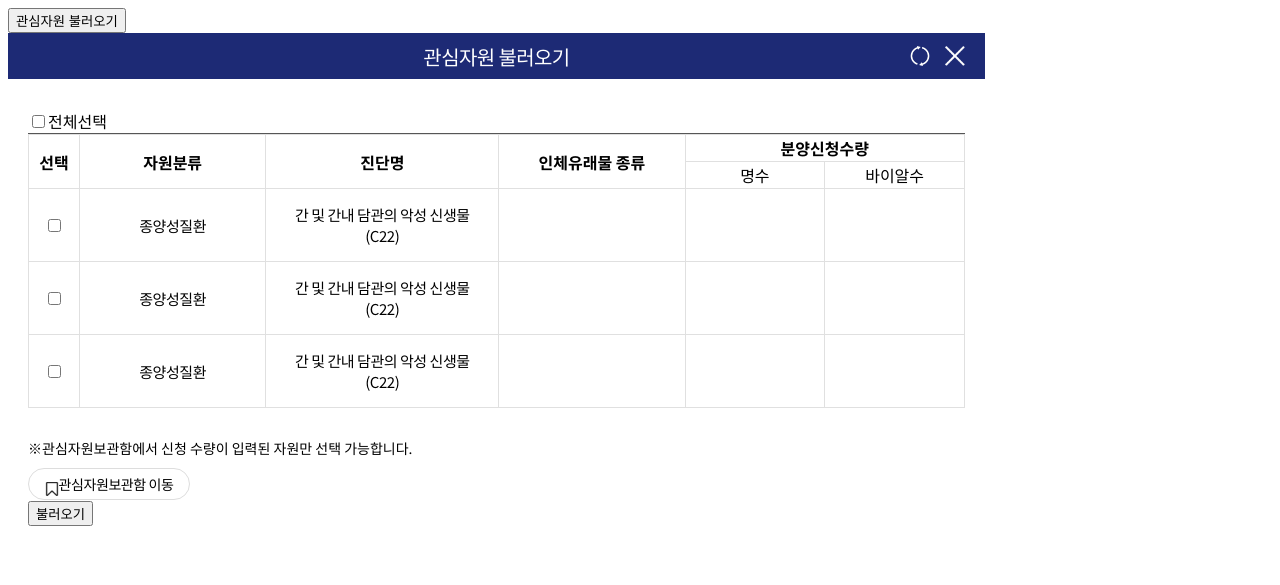
Repository: dlgywls1130/one_popup
Page: index.html
These files come from the project's save history. The page is drawn as it stood at one moment and after the next save; the edit follows.
The browser window is 1280 px wide. The pictures show the whole page.
Some web fonts or font styles are not loaded; a fallback is used.

Above is the page before, as saved 2023-10-25 22:20:25.

After the next save:
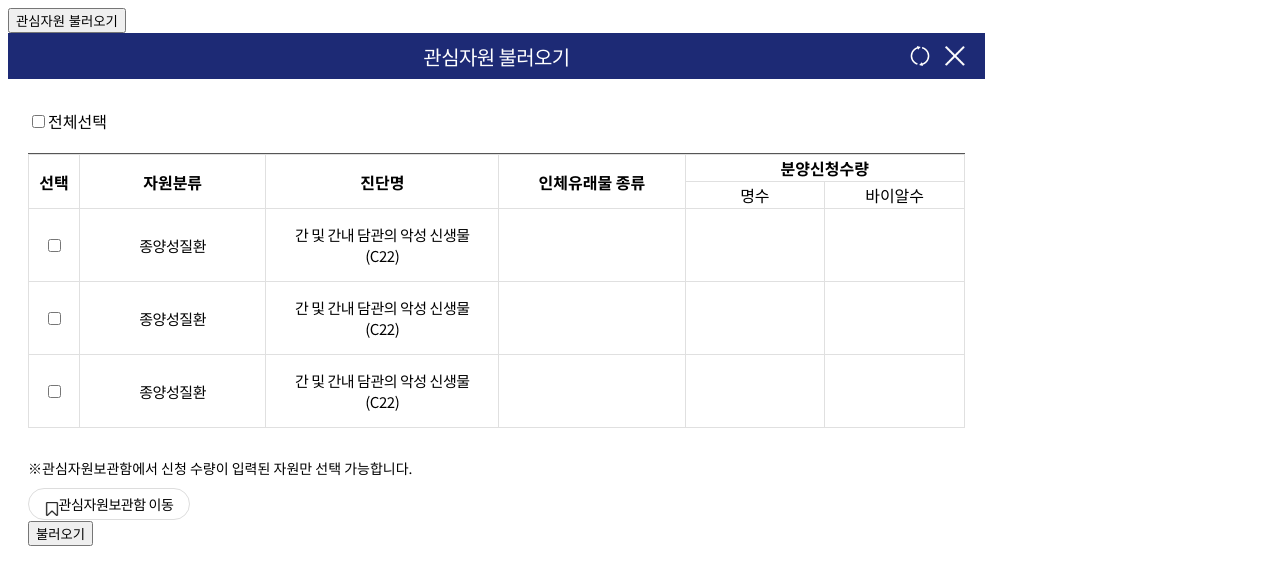
Saved 20 s later.
--- a/style.css
+++ b/style.css
@@ -157,5 +157,8 @@ height: 14px;
     box-sizing: border-box;
 }
 
+.all_check {
+    margin-bottom: 20px;
+}
 .all_check label{display: flex; align-items: center;}
 .all_check label p{margin: 0;}
